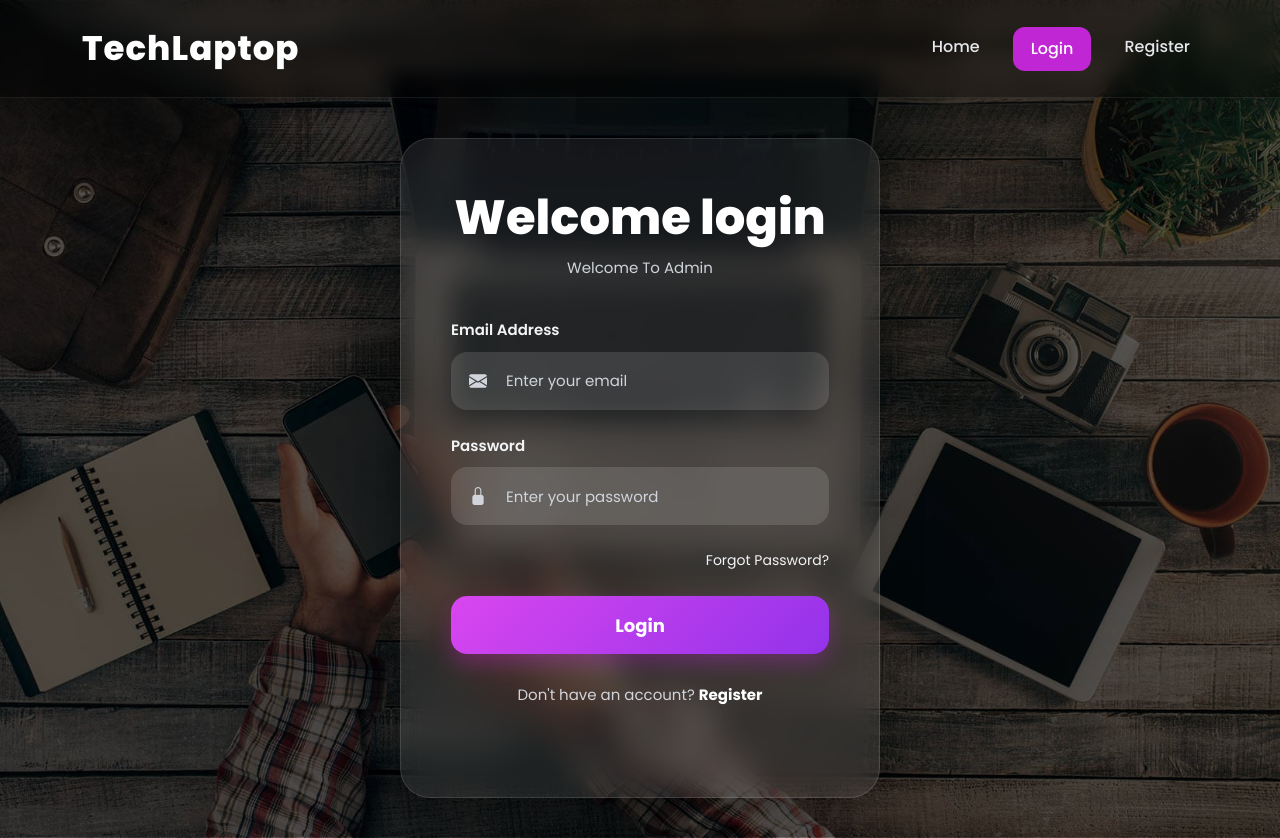
Repository: shiwamshete24-cmyk/eccomerce-laptop-website
Page: eccomerce laptop website/src/main/webapp/admin_login.html
An editor plug-in stored every save of this project. The page is shown before and after the next save, followed by the edit.
The browser window is 1280 px wide. The pictures show the whole page.

Above is the page before, as saved 2026-05-27 15:19:07.

After the next save:
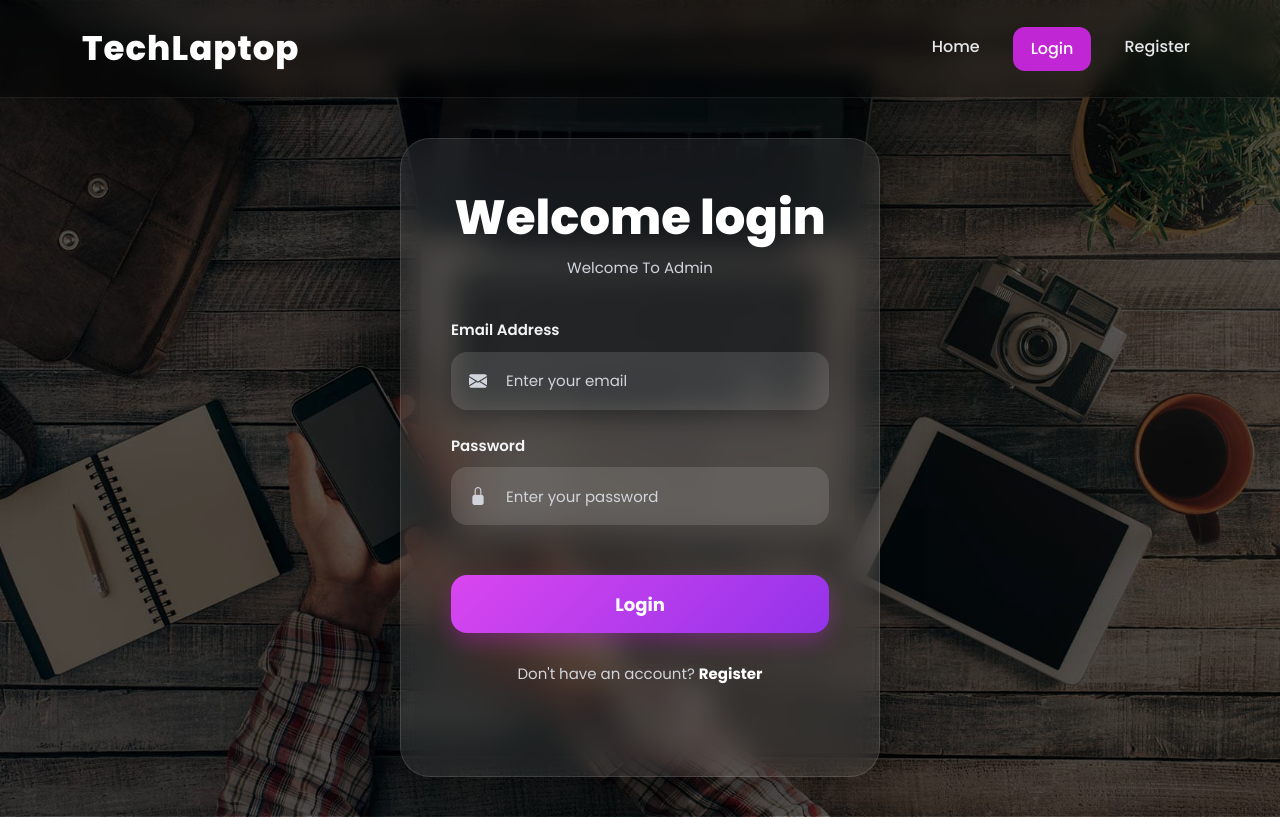
Saved 2 min 21 s later.
--- a/eccomerce laptop website/src/main/webapp/admin_login.html
+++ b/eccomerce laptop website/src/main/webapp/admin_login.html
@@ -213,11 +213,7 @@ body{
 
 			<div class="options">
 
-				<a href="admin_forgot_password.jsp">
-
-					Forgot Password?
-
-				</a>
+
 
 			</div>
 
